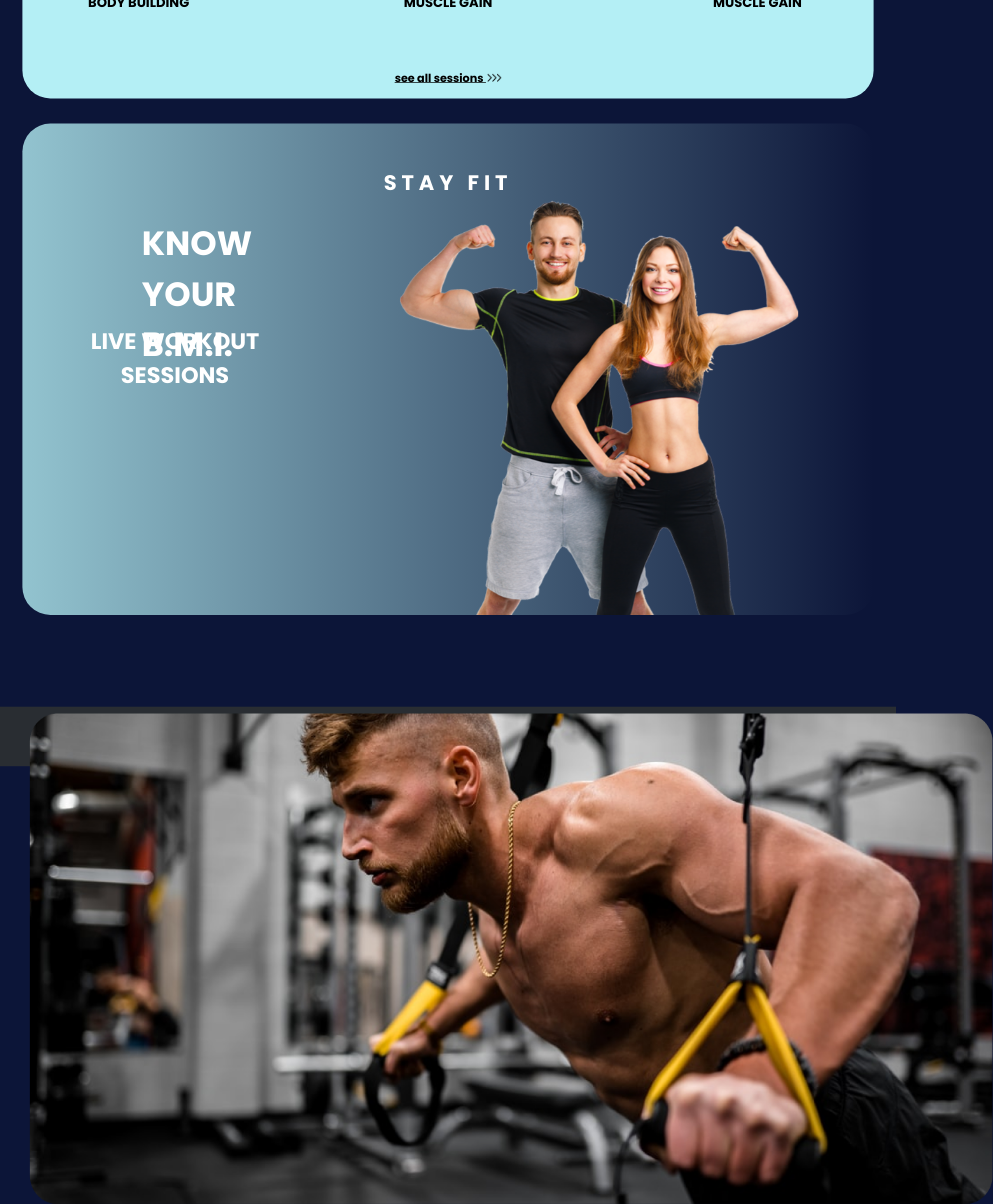
Repository: Rellzcodez/Group1-Team8
Page: index.html
An editor plug-in stored every save of this project. The page is shown before and after the next save, followed by the edit.
The browser window is 1280 px wide. The page is 1418 px wide, then 1328 px, then 1418 px, so the pictures cover 1418 px, including what lies to the right of the window. The pictures show the part of the page from y = 1662 to 3382 px (the page is 3382 px tall before and 3306 px after), at 70% of full size.

Above is the page before, as saved 2022-09-02 10:48:40.

### index.html
<!DOCTYPE html>
<html lang="en">
    <head>
        <meta charset="UTF-8" />
        <meta name="viewport" content="width=device-width, initial-scale=1.0" />
        <meta
            name="description"
            content="A description of the page and its contents"
        />
        <title>Fit-A-Goal | Landing Page</title>
        <link rel="icon" type="image/png" sizes="32x32" href="images/favicon-32x32.png">
        <link rel="stylesheet" href="css/style.css" />
    </head>

    <body>
        <header class="primary-header">
            <nav class="navbar">
                <img src="images/fit-a-goal-logo.svg" alt="Fit-A-Goal" id="logo">
                <div class="navigation">
                    <div class="primary-nav">
                        <ul class="nav-links">
                            <li class="home-nav-link"><a href="#">HOME</a></li>
                            <li class="other-nav-link"><a href="#">CHOOSE US</a></li>
                            <li class="other-nav-link"><a href="#">PROGRAM</a></li>
                            <li class="other-nav-link"><a href="#">PRICING</a></li>
                            <li class="other-nav-link"><a href="#">SUPPORT</a></li>
                        </ul>
                    </div>
                    <div class="register-login">
                        <ul class="nav-secondary-links">
                            <li><a href="pages/signup.html">SIGN UP</a></li>
                            <li><a href="pages/signin.html">SIGN IN</a></li>
                        </ul>
                    </div>
                </div>
            </nav>
        </header>
        <main class="landing-page-body">

        <!-- THE ILLUSTRATION SEGMENT -->
            <div class="container-illustration">
                <div class="heading-btn">
                    <div>
                    <h1 class="primary-heading">Once you learn to <span>quit</span>,
                    it becomes an <span>habit</span></h1>
                    <a href="#"><button class="get-started">GET STARTED</button></a>
                    </div>
                </div>
            </div>
            <div class="carousel-circle">
                <a href="#">
                    <div class="tracker active-track"></div></a>
                <a href="#">
                    <div class="tracker"></div>
                </a><a href="#">
                    <div class="tracker"></div>
                </a><a href="#">
                    <div class="tracker"></div>
                </a><a href="#">
                    <div class="tracker"></div>
                </a><a href="#">
                    <div class="tracker"></div>
                </a><a href="#">
                    <div class="tracker"></div>
                </a><a href="#">
                    <div class="tracker"></div>
                </a>
            </div>

        <!-- THE SESSION SEGMENT -->
        <div>
            <section class="session-container">
                <label class="session-lable" for="section"><h3>OUR SESSIONS</h3></label>
                <div class="session-wrapper">
                    <div class="body-building-wrapper">
                    <div class="body-building session-item" >
                        <img src="images/body-building-sess.png" alt="body building">
                    </div>
                    <label class="body-building-lable" for="body building"><h3>BODY BUILDING</h3></label>

                    </div>

                    <div class="muscle-gain-wrapper">
                    <div class="muscle-gain session-item">
                        <img src="images/muscle-gain-sess.png" alt="muscle-gain">
                    </div>
                    <label class="muscle-gain-label" for="muscle gain"><h3>MUSCLE GAIN</h3></label>
                    </div>

                    <div class="weight-loss-wrapper">
                    <div class="weight-loss session-item">
                        <img src="images/weight-loss-sess.png" alt="weight loss">
                    </div>
                    <label class="weight-loss-label" for="weight loss"><h3>MUSCLE GAIN</h3></label>
                    </div>

                </div>
             <label class="see-all-session-lable" for="section"><a href="#"><u>see all sessions <span class="arrow-vector"><img src="images/arrow-vector.png" alt="arrow" width="20px"></span></u></a></label>


            </section>
        </div>

        </main>

        <!-- THE STAY FIT SESSION STARTS HERE -->
<section class="stay-fit-container">
    <h3 class="stay-fit">STAY FIT</h3>
    <div class="stay-fit-wrapper">
        <div class="BMI">
            <h2 class="know-your-bmi">KNOW YOUR B.M.I.</h2>
        </div>
        <div class="stay-fit-illustrator"><img src="images/Stay-fit.png" alt=""></div>
    </div>
</section>
        <!-- THE STAY FIT SESSION ENDS HERE -->


        <!-- THE LIVE WORKOUT SESSION STARTS HERE -->
<div class="live-workout">
    <img src="images/live-session-workout.png" alt="live workout" >
</div>
    <div class="live">
    <h1> LIVE WORKOUT SESSIONS </h1>
</div>



        <!-- THE LIVE WORKOUT SESSION ENDS HERE -->


        <!-- THE PRICING SECTION STARTS HERE -->

        <div class="pricing">
            <div class="pricing-heading"><h1>PRICING</h1></div>
            <div class="pricing-cards">
                <div class="cards">
                    <h2 class="plan-name">ROOKIE</h2>
                    <h3 class="plan-duration">3 MONTHS<span>($30/Month)</span></h3>
                    <ul class="plan-benefits">
                        <li class="li-benefits"><img src="images/checked.svg" alt="" height="20px">Free Riding</li>
                        <li class="li-benefits"><img src="images/checked.svg" alt="" height="20px">Unlimited Equipments</li>
                        <li class="li-benefits"><img src="images/checked.svg" alt="" height="20px">Personal Trainer</li>
                        <li class="li-benefits"><img src="images/checked.svg" alt="" height="20px">Weight Lifting Classes</li>
                    </ul>
                    <a href="#"><button class="pricing-btn">Join Now</button></a>
                </div>
                <div class="cards professionals">
                    <h2 class="plan-name">PROFESSIONAL</h2>
                    <h3 class="plan-duration">6 MONTHS<span>($30/Month)</span></h3>
                    <ul class="plan-benefits">
                        <li class="li-benefits"><img src="images/checked.svg" alt="" height="18px">Free Riding</li>
                        <li class="li-benefits"><img src="images/checked.svg" alt="" height="18px">Unlimited Equipments</li>
                        <li class="li-benefits"><img src="images/checked.svg" alt="" height="18px">Personal Trainer</li>
                        <li class="li-benefits"><img src="images/checked.svg" alt="" height="18px">Weight Lifting Classes</li>
                    </ul>
                    <a href="#"><button class="pricing-btn">Join Now</button></a>
                </div>
                <div class="cards elite">
                    <h2 class="plan-name">ELITE</h2>
                    <h3 class="plan-duration">12 MONTHS<span>($30/Month)</span></h3>
                    <ul class="plan-benefits">
                        <li class="li-benefits"><img src="images/checked.svg" alt="" height="20px">Free Riding</li>
                        <li class="li-benefits"><img src="images/checked.svg" alt="" height="20px">Unlimited Equipments</li>
                        <li class="li-benefits"><img src="images/checked.svg" alt="" height="20px">Personal Trainer</li>
                        <li class="li-benefits"><img src="images/checked.svg" alt="" height="20px">Weight Lifting Classes</li>
                    </ul>
                    <a href="#"><button class="pricing-btn">Join Now</button></a>
                </div>
            </div>
        </div>

        <!-- THE PRICING SECTION ENDS HERE -->


        <footer class="footer">

        </footer>





        <script src="js/script.js"></script>
    </body>
</html>

### css/style.css
@import url("https://fonts.googleapis.com/css2?family=Poppins:wght@400;600;700;800&display=swap");

:root {
  --white: rgb(255 255 255);
  --denim-blue: rgb(12, 21, 56);
  --baby-blue: rgb(180, 239, 245);
  --black: rgb(0, 0, 0);
  --light-grey: rgb(206, 208, 215);
  --dark-grey: rgba(41, 45, 50, 1);

}

*,
::before,
::after {
  padding: 0;
  margin: 0;
  box-sizing: border-box;
}

button {
  font-family: "Poppins", sans-serif;
}

html {
  font-family: "Poppins", sans-serif;
  background: var(--denim-blue);
}

.primary-header {
  padding: 0 32px 0 36px;
}
#logo {
  height: 159px;
}
.navbar {
  display: flex;
}
.navbar ul {
  list-style: none;
}
.navbar a {
  text-decoration: none;
  color: var(--black);
  font-weight: 700;
}
.navigation {
  display: flex;
  margin: 60px 0 40px 25px;
}
.primary-nav {
  width: 808px;
  height: 55px;
  background: var(--white);
  border-radius: 5px;
  margin-right: 45px;
}
.nav-links {
  display: flex;
  padding: 0;
}
.other-nav-link {
  margin: 15px 60px 10px 0;
}
.home-nav-link {
  background: var(--baby-blue);
  width: 130px;
  height: 45px;
  margin: 5px;
  margin-right: 24px;
  border-radius: 5px;
  border: 1px solid var(--light-grey);
  text-align: center;
  padding: 10px 0;
}
.register-login {
  width: 255px;
  height: 55px;
  background: var(--white);
  border-radius: 5px;
  padding: 0 31px;
}
.nav-secondary-links {
  padding: 15px 0;
  display: flex;
  justify-content: space-between;
}

/* Illustration Hero */
.container-illustration {
  display: flex;
  background-image: linear-gradient(
    to right,
    rgb(180, 239, 245, 0.8),
    rgb(12, 21, 56)
  );
  height: 650px;
  border-radius: 40px;
  margin: 0 32px 25px;
}
.heading-btn {
  background: url(../images/illustration-hero.png) right bottom / 613px 613px
    no-repeat;
  width: 100%;
  padding-left: 140px;
}
.primary-heading {
  font-size: 75px;
  width: 48%;
  color: var(--white);
  line-height: 100px;
  margin: 96px 0 49px;
}
.primary-heading span {
  text-decoration: underline;
  color: var(--baby-blue);
}
.heading-btn a button {
  background: var(--baby-blue);
  border-radius: 10px;
  padding: 10px 132px;
  border: none;
  cursor: pointer;
}
.get-started {
  font-size: 16px;
  font-weight: 800;
}
.carousel-circle {
  display: flex;
  align-items: center;
  justify-content: center;
  margin-bottom: 30px;
}
.tracker {
  width: 10px;
  height: 10px;
  border-radius: 50%;
  background-color: var(--light-grey);
  cursor: pointer;
  margin: 0 5px;
}
.active-track {
  width: 20px;
  height: 20px;
  background: var(--baby-blue);
}
/* Sesseion */
.session-container{
  display: flex;
  flex-direction: column;
  align-items: center;
  height: 57em;
  background-color: var(--baby-blue);
  margin: 36px 32px;
  border-radius: 40px;
  font-family: Poppins;
}
.session-lable {
  position: relative;
  padding-top: 50px;
  font-weight: 700px;
}
.session-wrapper {
  display: flex;
  gap: 42px;
  margin: 49px 46px;
}
.session-item {
  width: 25em;
  height: 37.5em;
  border-radius: 40px;

}
/* body-building and weight loss*/
.body-building-wrapper,.weight-loss-wrapper {
  display: flex;
  flex-direction: column;
  align-items: center;

}
.body-building-lable,.weight-loss-label {
  margin-top: 32px;
  font-weight: 700;
}
/* See all session */
.see-all-session-lable a:active{
  font-weight: 700;
  color: var(--black);
}
.see-all-session-lable a{
  text-decoration: none;
  color: var(--black);
}

.see-all-session-lable{
  font-weight: 700;
}

.arrow-vector{
  margin-left: 2px;
}
/* muscle-gain */
.muscle-gain-wrapper{
  display: flex;
  flex-direction: column;
  align-items: center;

}

.muscle-gain-label{
  margin: 32px;
}

/* Styling of Session Ends Here */
.live-workout{margin: 10px 50px 10px 10px;
  position: relative; left: 50px;
display: flex;
  flex-direction: column;
width: 90%;}
.live{color: var(--white);
  position: relative; bottom: 450px;
  width: 400px;
  padding-left: 100px;
  font-weight: 600;
  text-align: center;
}


/* Stay Fit */
.stay-fit-container{
  display: flex;
  flex-direction: column;
  align-items: center;
  background-image: linear-gradient(
    to right,
    rgb(180, 239, 245, 0.8),
    rgb(12, 21, 56)
  );
  height: 702px;
  border-radius: 40px;
  margin: 33px 32px 34.75px 32px;
  overflow: hidden;
}
.stay-fit{
  font-family: "Poppins", sans-serif;
  color: var(--white);
  padding-top: 63px;
  font-size: 30px;
  font-weight: 700;
  letter-spacing: 7px;
}

.stay-fit-wrapper{
  display: flex;
  justify-content: space-between;
  gap: 130px;
  width: 95%;
}

.BMI{
  padding-top: 28px;
  padding-left: 140px;
  color: var(--white);
  font-family: "Poppins", sans-serif;
  font-size: 32px;
  font-weight: 700;
}
.stay-fit-illustrator img{
  height: 600px;
  border-radius: 40px;
  padding-right: 76.63px;
}

/* live session */
.live-workout {
  position: absolute;
width: 1376px;
height: 702px;
left: 32px;
top: 2669.57px;
/* background: url(../images/live-session-workout.png); */
border-radius: 40px;
}




/* Pricing Session */

.pricing-heading{
    background: var(--dark-grey);
    display: flex;
    text-align: center;
    align-items: center;
}
.pricing-heading h1{
    margin: 0 auto;
    padding: 20px 0;
    font-weight: 700;
    font-size: 30px;
    color: var(--white);
}
.pricing-cards{
    display: flex;
    justify-content: space-between;
    margin: 100px 100px 60px;
}
.cards{
    padding: 20px 20px 30px;
    width: 255px;
    height: 390px;
    border-radius: 40px;
    background: var(--baby-blue);
}
.professionals{
    margin-top: -35px;
}
.elite{
    margin-top: -70px;
}
.plan-name{
    text-align: center;
}
.plan-duration{
    margin: 10px auto 40px;
    text-align: center;
}
.plan-duration span{
    font-size: 15px;
    margin-left: 5px;
}
.plan-benefits{
    list-style: none;
    margin-bottom: 22px;
}
.li-benefits{
    margin: 10px auto;
    font-size: 16px;
}
.li-benefits img{
    margin-right: 15px;
}
.cards a{
    display: flex;
    justify-content: center;
}
.pricing-btn{
    font-weight: 700;
    font-size: 14px;
    color: var(--baby-blue);
    background: var(--dark-grey);
    border: none;
    padding: 10px 60px;
    border-radius: 10px;
    cursor: pointer;
    margin-top: 20px;
}

Loaded but not shown: js/script.js (no stored copy; drawn as an empty file)

After the next save:
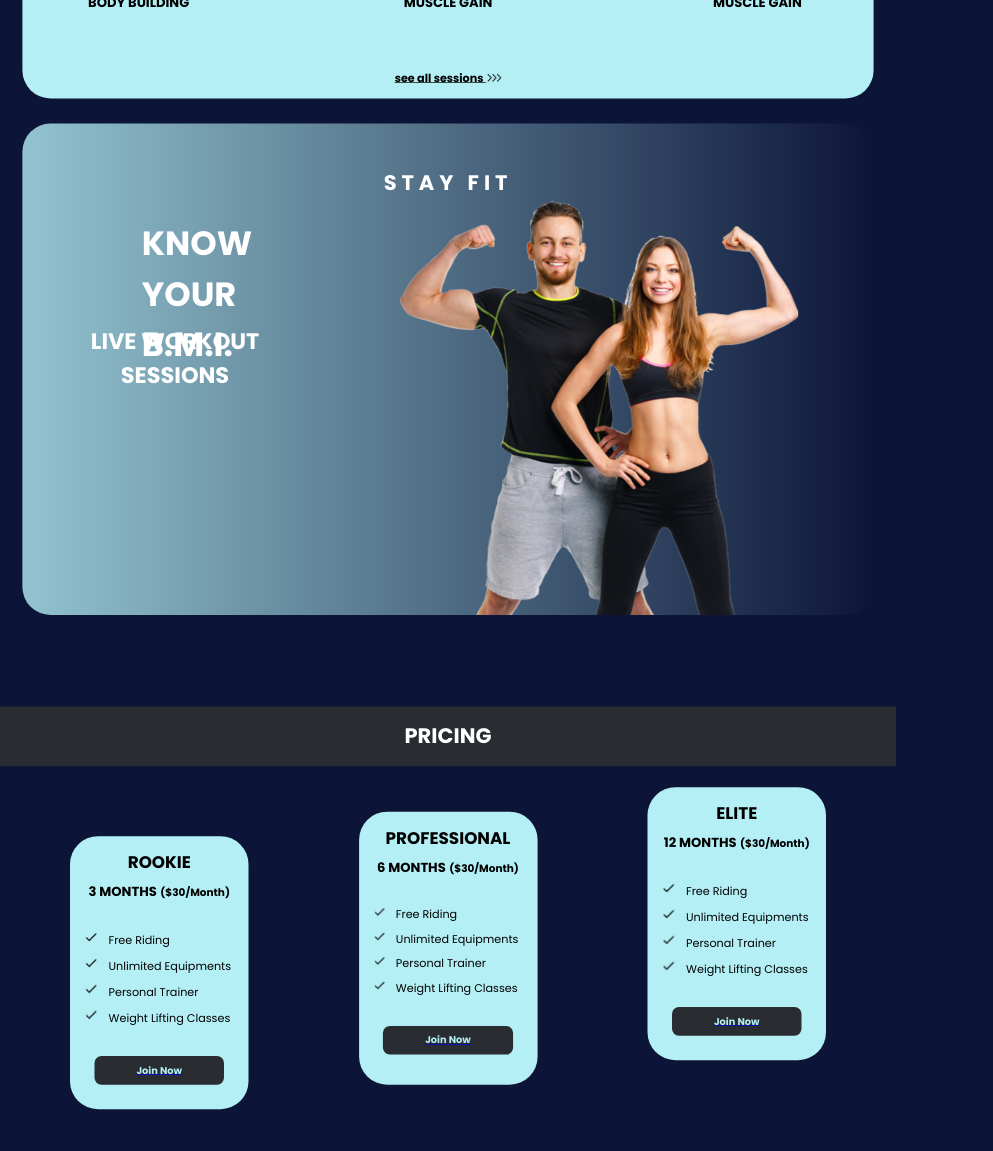
Saved 21 s later.
--- a/index.html
+++ b/index.html
@@ -117,9 +117,7 @@
 
 
         <!-- THE LIVE WORKOUT SESSION STARTS HERE -->
-<div class="live-workout">
-    <img src="images/live-session-workout.png" alt="live workout" >
-</div>
+
     <div class="live">
     <h1> LIVE WORKOUT SESSIONS </h1>
 </div>

After the save that followed:
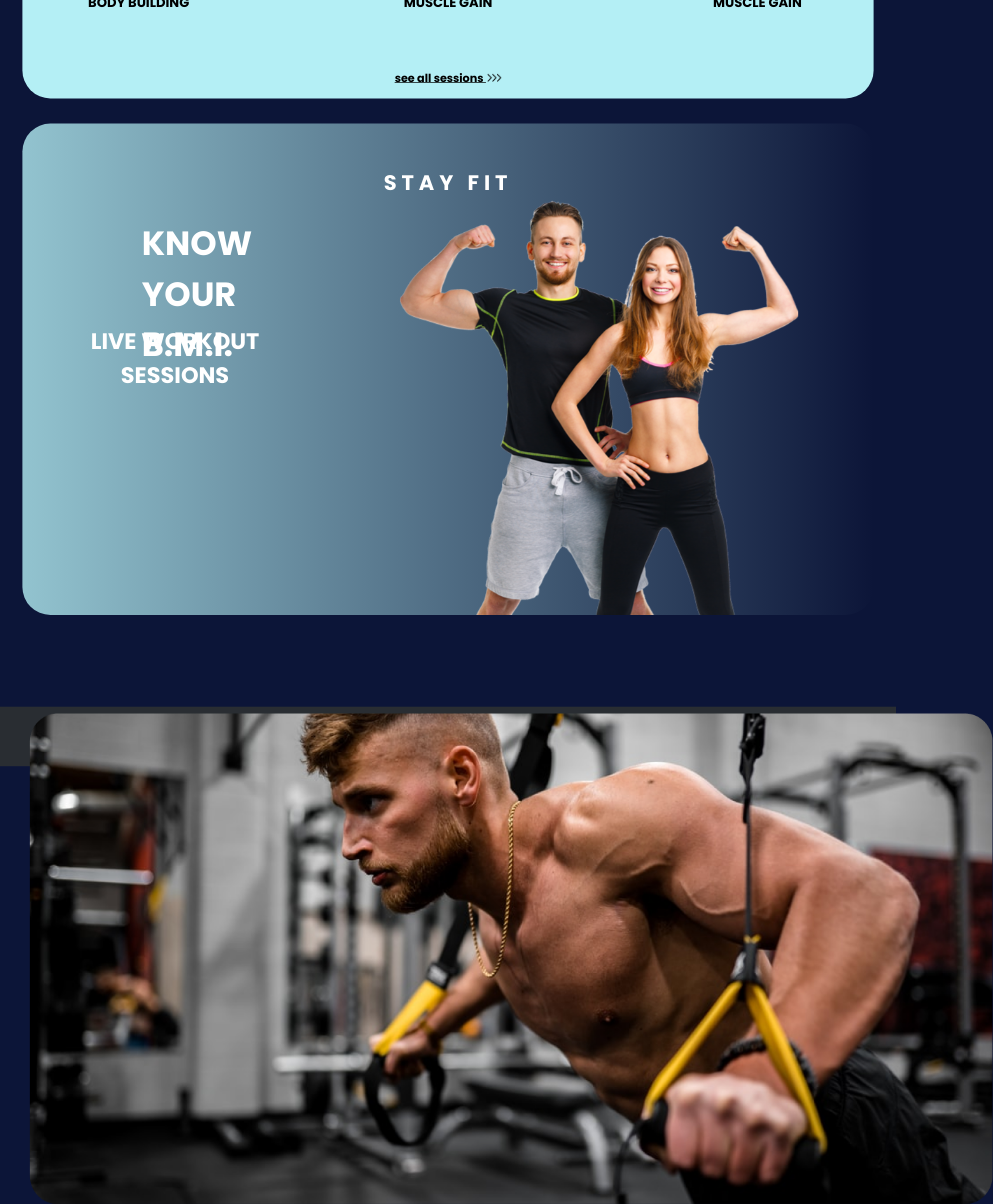
Saved 8 s later.
--- a/index.html
+++ b/index.html
@@ -122,7 +122,9 @@
     <h1> LIVE WORKOUT SESSIONS </h1>
 </div>
 
-
+<div class="live-workout">
+    <img src="images/live-session-workout.png" alt="live workout" >
+</div>
 
         <!-- THE LIVE WORKOUT SESSION ENDS HERE -->
 
